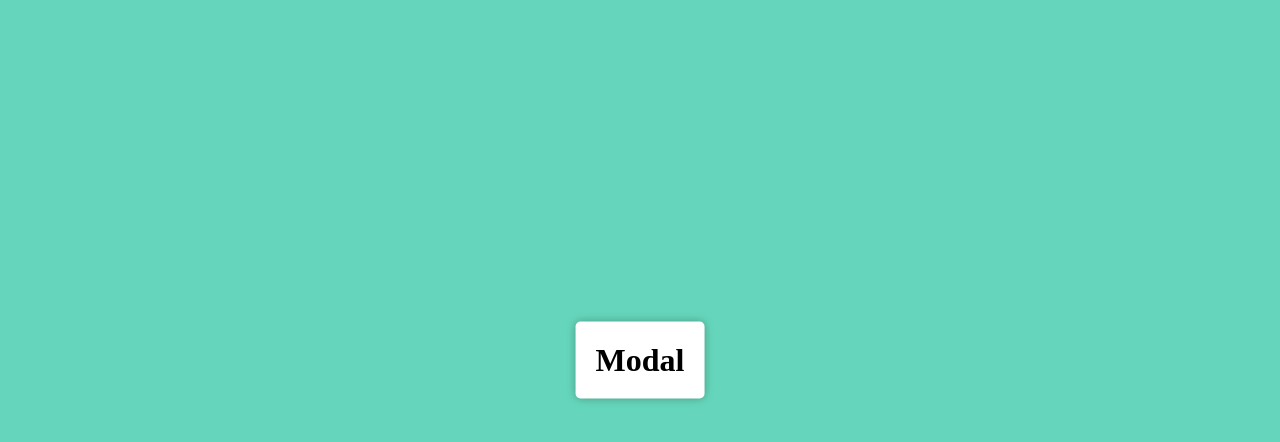
Repository: Soab42/portfolio
Page: /modal
These files come from the project's save history. The page is drawn as it stood at one moment and after the next save; the edit follows.
The browser window is 1280 px wide. The pictures show the whole page.
The project was rebuilt for these pictures with package versions that can differ from the ones it lists, and the page was loaded fresh each time. The framework's server and built-in components were replaced by stand-ins that run in the browser. Also part of the build but not shown: next.config.js.

Above is the page before, as saved 2023-10-09 15:23:09.

After the next save:
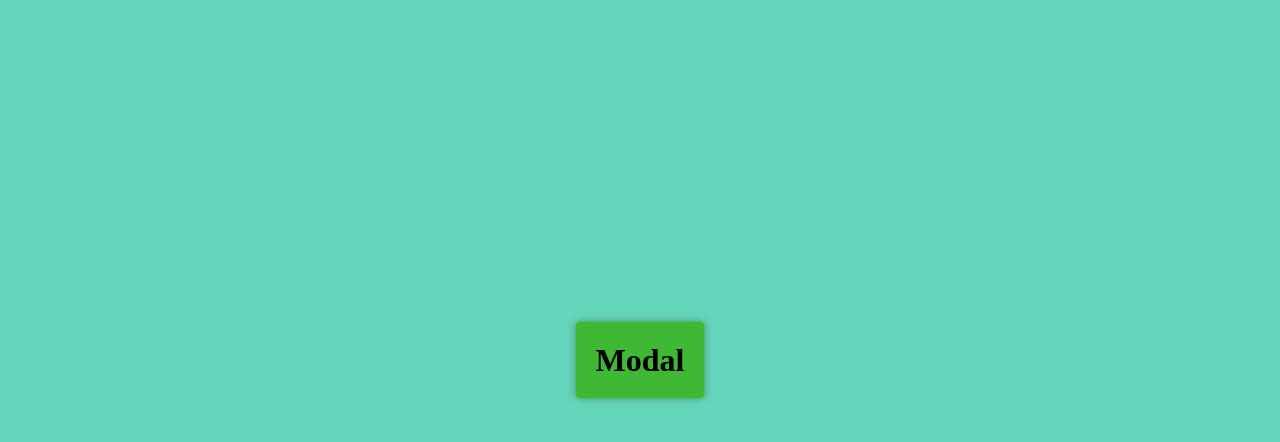
Saved 25 s later.
--- a/app/globals.css
+++ b/app/globals.css
@@ -123,7 +123,7 @@ a {
   top: 50%;
   left: 50%;
   transform: translate(-50%, -50%);
-  background-color: #fff;
+  background-color: #32ae05bc;
   padding: 20px;
   border-radius: 5px;
   box-shadow: 0px 0px 10px rgba(0, 0, 0, 0.3);
